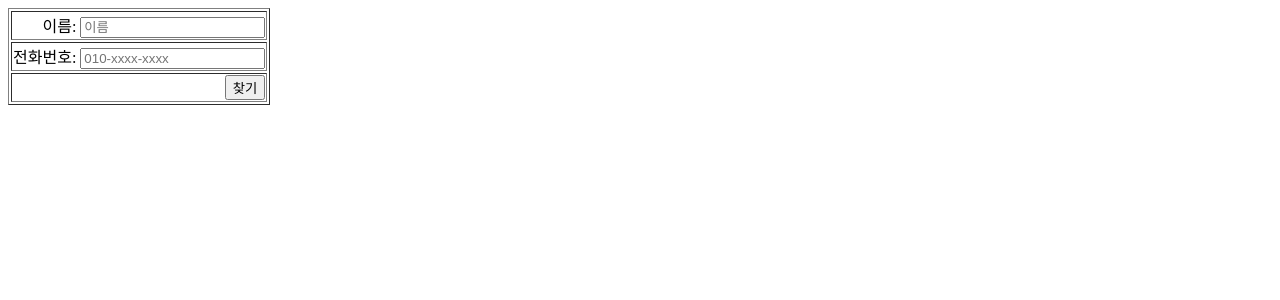
Repository: leeseokh/jquery
Page: workspace/MemberPj/WebContent/html/아디, 비번 찾기/id찾기.html
The author's editor kept a copy of each file at every save. The page is drawn from the files as they stood at one save, then again after the next save.
The browser window is 1280 px wide. The pictures show the whole page.

Above is the page before, as saved 2021-06-17 12:12:50.

### workspace/MemberPj/WebContent/html/아디, 비번 찾기/id찾기.html
<!DOCTYPE html>
<html>
<head>
	<meta charset="UTF-8">
	<title>Insert title here</title>
	<style type="text/css">
		td {
			text-align:right;

		}
	</style>
</head>
<body>
	<form action="id_do" method="post">
		<table border="1">
			<tbody>
				<tr>
					<td>
						이름: <input type="text" name="mem_name" required="required" placeholder="이름">
					</td>
				</tr>
				<tr>
					<td>
						전화번호: <input type="text" name="mem_tel" required="required" placeholder="010-xxxx-xxxx">
					</td>
				</tr>
			</tbody>
			<tfoot>
            <tr>
               <td align="center" colspan="2">
                  <input type="submit" value="찾기">
               </td>
            </tr>
         </tfoot>
		</table>

	</form>
</body>
</html>

After the next save:
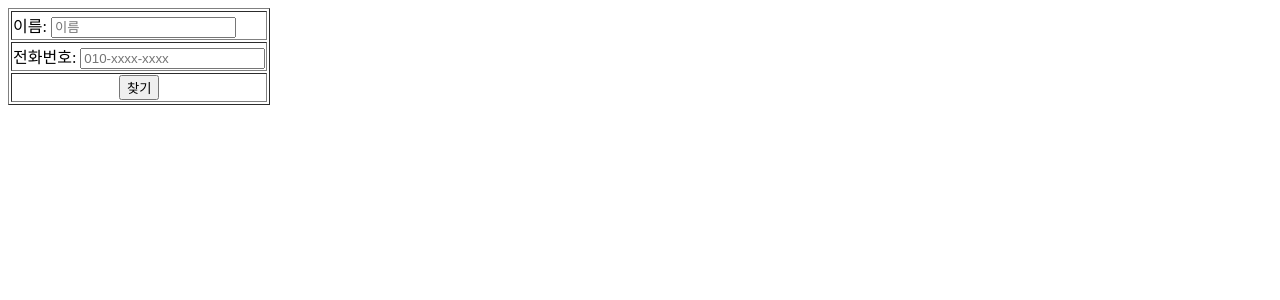
Saved 39 s later.
--- a/workspace/MemberPj/WebContent/html/아디, 비번 찾기/id찾기.html
+++ b/workspace/MemberPj/WebContent/html/아디, 비번 찾기/id찾기.html
@@ -4,7 +4,7 @@
 	<meta charset="UTF-8">
 	<title>Insert title here</title>
 	<style type="text/css">
-		td {
+		#1, #2 {
 			text-align:right;
 
 		}
@@ -15,12 +15,12 @@
 		<table border="1">
 			<tbody>
 				<tr>
-					<td>
+					<td id="1">
 						이름: <input type="text" name="mem_name" required="required" placeholder="이름">
 					</td>
 				</tr>
 				<tr>
-					<td>
+					<td id="2">
 						전화번호: <input type="text" name="mem_tel" required="required" placeholder="010-xxxx-xxxx">
 					</td>
 				</tr>
